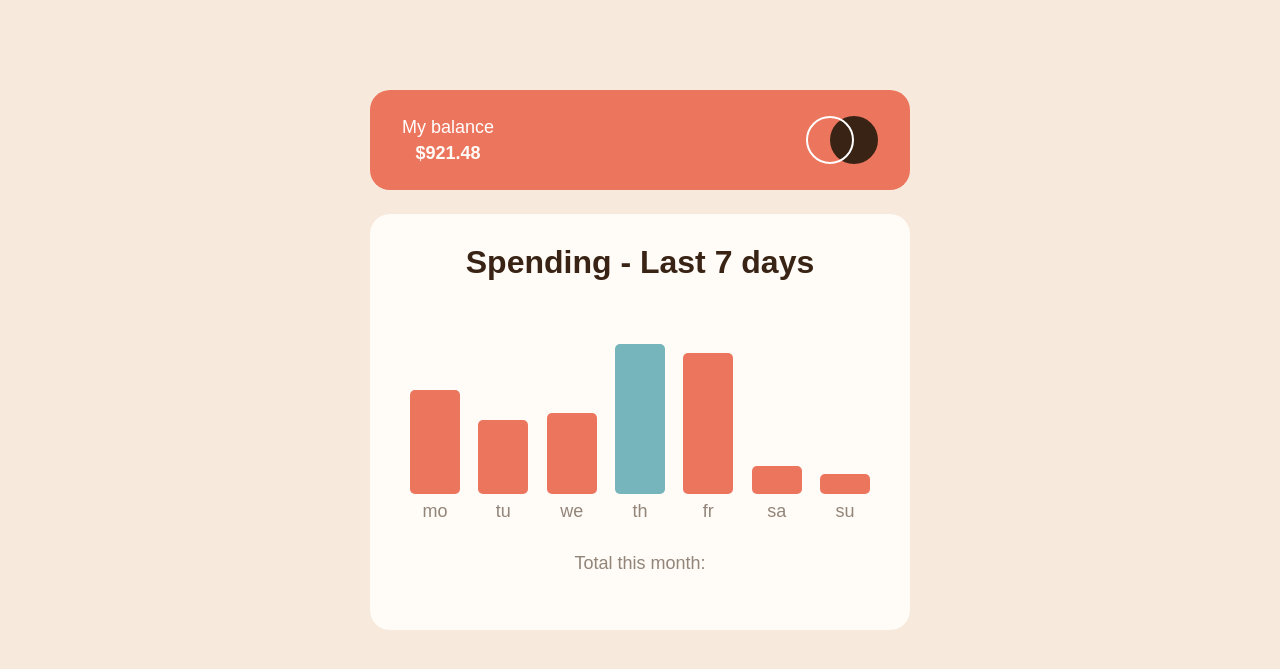
Repository: usmanov16/6-oy-2-dars-
Page: /
The author's editor kept a copy of each file at every save. The page is drawn from the files as they stood at one save, then again after a run of saves.
The browser window is 1280 px wide. The pictures show the whole page.
The project was rebuilt for these pictures with package versions that can differ from the ones it lists, and the page was loaded fresh each time. Also part of the build but not shown: vite.config.js.

Above is the page before, as saved 2025-08-28 19:00:04.

After the next 2 saves:
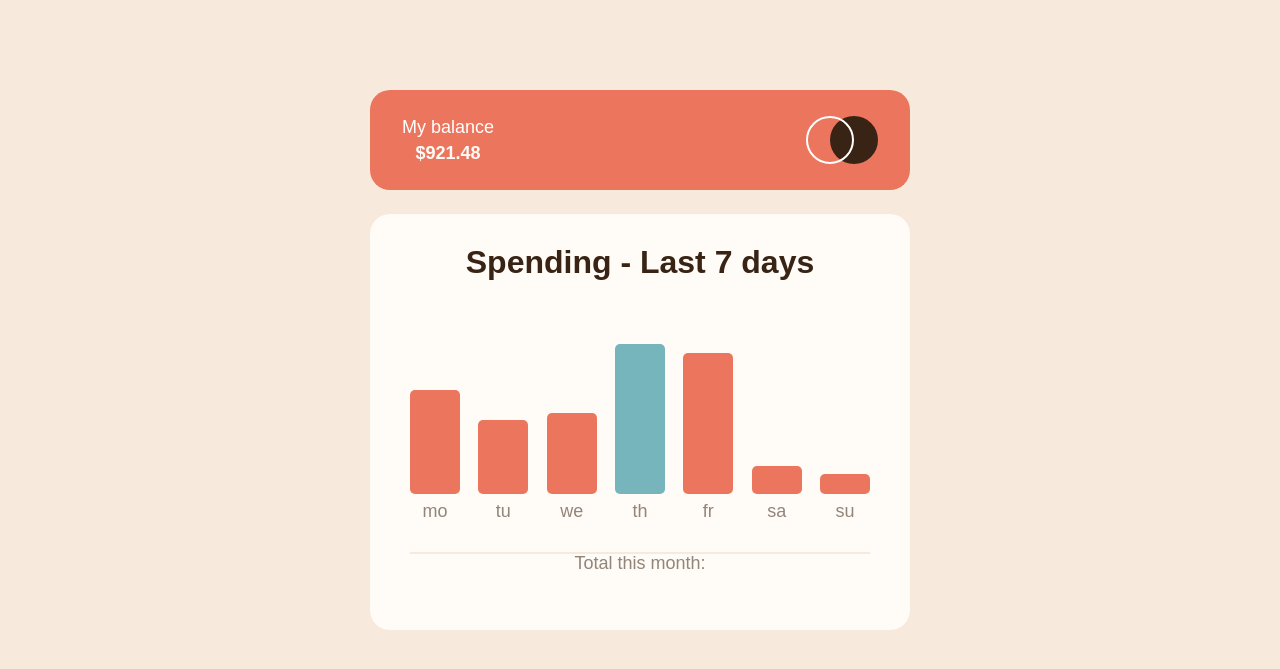
The 2 saves are shown as one change because they came seconds apart.
The last was saved 6 s later.
--- a/src/components/CardBottom.jsx
+++ b/src/components/CardBottom.jsx
@@ -79,7 +79,7 @@ function CardBottom() {
       </ul>
       <span className='w-[460px] h-0.5 bg-card-white'></span>
       <div className='flex flex-col'>
-      <span className="bg w-[460px] h-0.5"></span>
+      <span className="bg-cream w-[460px] h-0.5"></span>
       <span className="text-medium-brown font-normal leading-[1] ">Total this month:</span>
       <br />
       </div>
